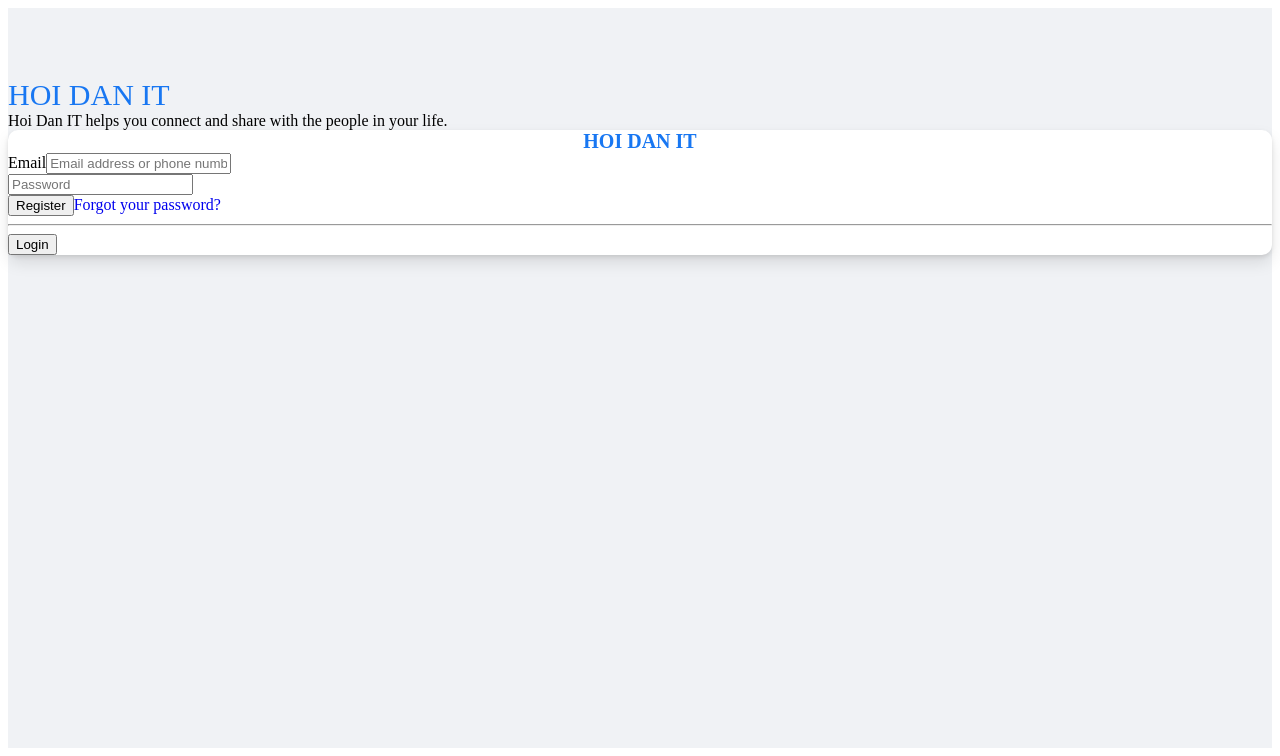
Repository: minhtien9/jwt_Reactjs_Frontend
Page: /register
An editor plug-in stored every save of this project. The page is shown before and after the next save, followed by the edit.
The browser window is 1280 px wide. The pictures show the whole page.
The project was rebuilt for these pictures with package versions that can differ from the ones it lists, and the page was loaded fresh each time. Also part of the build but not shown: src/App.scss, src/components/Navigation/Nav.scss, src/components/Navigation/Nav.js, src/components/Login/Login.scss, src/components/Login/Login.js.

Above is the page before, as saved 2022-05-23 11:27:19.

### src/index.js
import React from 'react'
import ReactDOM from 'react-dom'
import App from './App'
import reportWebVitals from './reportWebVitals'

ReactDOM.render(
    <React.StrictMode>
        <App />
    </React.StrictMode>,
    document.getElementById('root')
)

// If you want to start measuring performance in your app, pass a function
// to log results (for example: reportWebVitals(console.log))
// or send to an analytics endpoint. Learn more: https://bit.ly/CRA-vitals
reportWebVitals()

### src/App.js
import './App.scss'
import Nav from './components/Navigation/Nav'
import { BrowserRouter as Router, Switch, Route, Link } from 'react-router-dom'
import Login from './components/Login/Login'
import Register from './components/Register/Register'

function App() {
    return (
        <Router>
            <div className='app-container'>
                {/* <Nav /> */}
                <Switch>
                    <Route path='/news'>new</Route>
                    <Route path='/about'>about</Route>
                    <Route path='/contact'>contact</Route>
                    <Route path='/login' exact>
                        <Login />
                    </Route>
                    <Route path='/register' exact>
                        <Register />
                    </Route>
                    <Route path='/' exact>
                        home
                    </Route>
                    <Route path='*'>404 Not Found</Route>
                </Switch>
            </div>
        </Router>
    )
}

export default App

### src/components/Register/Register.js
import React from 'react'
import './Register.scss'
import { useHistory } from 'react-router-dom'

const Register = (props) => {
    let history = useHistory()
    const handleRegister = () => {
        history.push('./login')
    }
    return (
        <div className='register-container '>
            <div className='container'>
                <div className='row px-3 px-sm-0'>
                    <div className='content-left col-12 d-none col-sm-7 d-sm-block'>
                        <div className='brand'>Hoi Dan IT</div>
                        <div className='detail'>
                            Hoi Dan IT helps you connect and share with the
                            people in your life.
                        </div>
                    </div>
                    <div className='content-right col-sm-5 col-12 d-flex flex-column gap-3 py-3'>
                        <div className='brand d-sm-none'>Hoi Dan IT</div>
                        <div className='form-group'>
                            <label htmlFor=''>Email</label>
                            <input
                                type='text'
                                className='form-control'
                                placeholder='Email address or phone number'
                            />
                        </div>
                        <div className='form-group'>
                            <input
                                type='password'
                                className='form-control'
                                placeholder='Password'
                            />{' '}
                        </div>
                        <button className='btn btn-primary'>Register</button>
                        <span className='text-center'>
                            <a className='forgot-password' href='#'>
                                Forgot your password?
                            </a>
                        </span>
                        <hr />
                        <div className='text-center'>
                            <button
                                className='btn btn-success'
                                onClick={() => handleRegister()}
                            >
                                Login
                            </button>
                        </div>
                    </div>
                </div>
            </div>
        </div>
    )
}

export default Register

### src/components/Register/Register.scss
.register-container {
    background-color: #f0f2f5;
    min-height: 100vh;
    padding-top: 20px;

    .content-left {
        margin-top: 50px;

        .brand {
            text-transform: uppercase;
            font-size: 30px;
            color: #1877f2;
        }

        .details {
            font-size: 20px;
        }
    }

    .content-right {
        border-radius: 10px;
        background-color: #fff;
        box-shadow: 0 2px 4px rgb(0 0 0 /10%), 0 8px 16px rgb(0 0 0 /10%);
        box-sizing: border-box;

        .brand {
            text-transform: uppercase;
            font-size: 20px;
            color: #1877f2;
            text-align: center;
            font-weight: 600;
        }

        .forgot-password {
            text-decoration: none;
            &:hover {
                text-decoration: underline;
            }
        }
    }
}

Loaded but not shown: public/index.html (common file); src/reportWebVitals.js (common file)

After the next save:
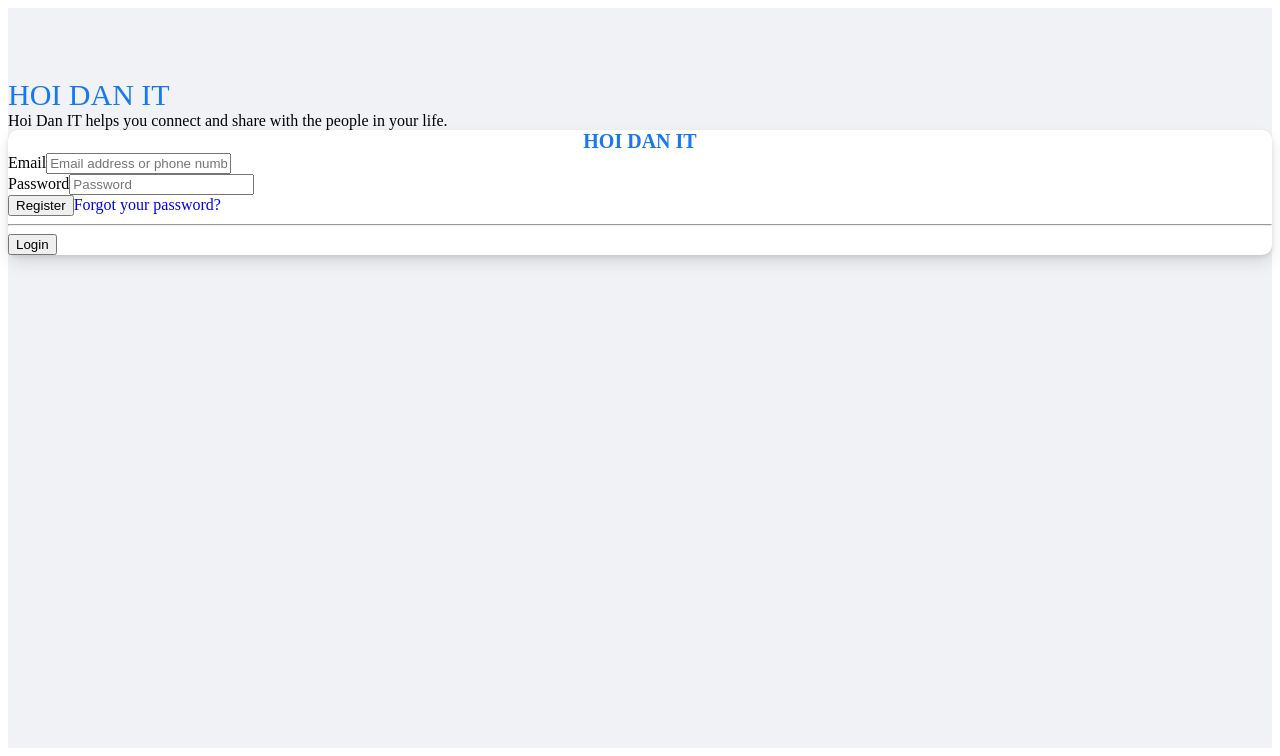
Saved 22 s later.
--- a/src/components/Register/Register.js
+++ b/src/components/Register/Register.js
@@ -29,6 +29,7 @@ const Register = (props) => {
                             />
                         </div>
                         <div className='form-group'>
+                            <label htmlFor=''>Password</label>
                             <input
                                 type='password'
                                 className='form-control'
